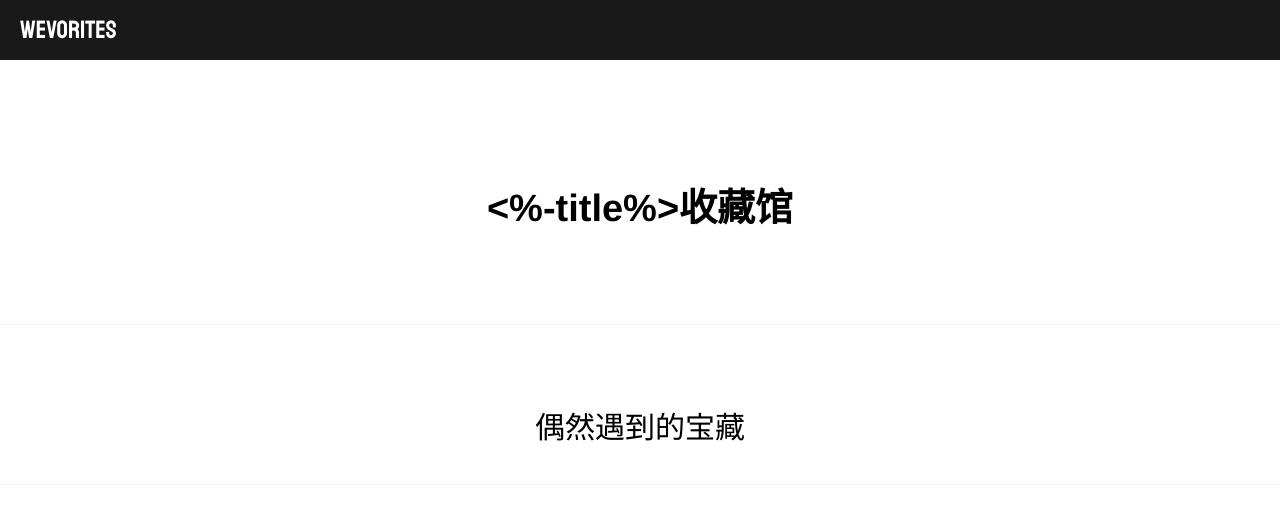
Repository: superhos/wevorites
Page: app/view/show.html
These files come from the project's save history. The page is drawn as it stood at one moment and after the next save; the edit follows.
The browser window is 1280 px wide. The pictures show the whole page.

Above is the page before, as saved 2019-01-03 16:18:05.

### app/view/show.html
<!DOCTYPE html>
<html lang="en">
<head>
    <meta charset="UTF-8">
    <meta name="viewport" content="width=device-width, initial-scale=1.0">
    <meta http-equiv="X-UA-Compatible" content="ie=edge">
    <title><%-title%></title>
    <link rel="stylesheet" href="/public/css/style.css">
    <link href="/public/css/font.css" rel="stylesheet">
</head>
<body>
    <!-- 使用模板数据 -->
    <div id="app">
        <header>
            <div class="logo">Wevorites</div>
        </header>
        <div class="title">
            <h1><%-title%>收藏馆</h1>
            <h4>偶然遇到的宝藏</h4>
        </div>
    </div>
    <script src="https://cdn.jsdelivr.net/npm/vue"></script>
    <script>
        var app = new Vue({
            el: '#app',
            data: {
                message: 'Hello Vue!'
            }
        })
    </script>
</body>
</html>

### app/public/css/style.css
html,body {
  margin:0;
  padding:0;
}

header {
  background: #191919;
  height: 60px;
  width: 100%;
  z-index: 5;
  padding:0 20px;
  box-sizing: border-box;
}

header .logo {
  float:left;
  color: #FFF;
  font-size: 25px;
  line-height: 60px;
  font-family: 'Staatliches', cursive;
}

.title h1 {
  align-items: center;
  background-color: #fff;
  border-bottom: 1px #f2f2f2 solid;
  box-sizing: border-box;
  color: #000;
  display: -ms-flexbox;
  display: flex;
  -ms-flex-wrap: wrap;
  flex-wrap: wrap;
  -ms-flex-pack: center;
  justify-content: center;
  position: relative;
  text-align: center;
  width: 100%;
  font-family: "acumin-pro","Helvetica Neue",Helvetica,Arial,sans-serif;
  height: 240px;
  font-size:38px;
}

.title h4 {
  font-weight: 100;
  font-size: 30px;
  align-items: center;
  background-color: #fff;
  border-bottom: 1px #f2f2f2 solid;
  box-sizing: border-box;
  color: #000;
  display: -ms-flexbox;
  display: flex;
  -ms-flex-wrap: wrap;
  flex-wrap: wrap;
  -ms-flex-pack: center;
  justify-content: center;
  position: relative;
  text-align: center;
  width: 100%;
  font-family: "acumin-pro","Helvetica Neue",Helvetica,Arial,sans-serif;
  height: 120px;
}

### app/public/css/font.css
@font-face {
  font-family: 'Staatliches';
  font-style: normal;
  font-weight: 400;
  src: local('Staatliches Regular'), local('Staatliches-Regular'), url(../font/HI_OiY8KO6hCsQSoAPmtMYebvpCfOMPT.woff2) format('woff2');
  unicode-range: U+0000-00FF, U+0131, U+0152-0153, U+02BB-02BC, U+02C6, U+02DA, U+02DC, U+2000-206F, U+2074, U+20AC, U+2122, U+2191, U+2193, U+2212, U+2215, U+FEFF, U+FFFD;
}

After the next save:
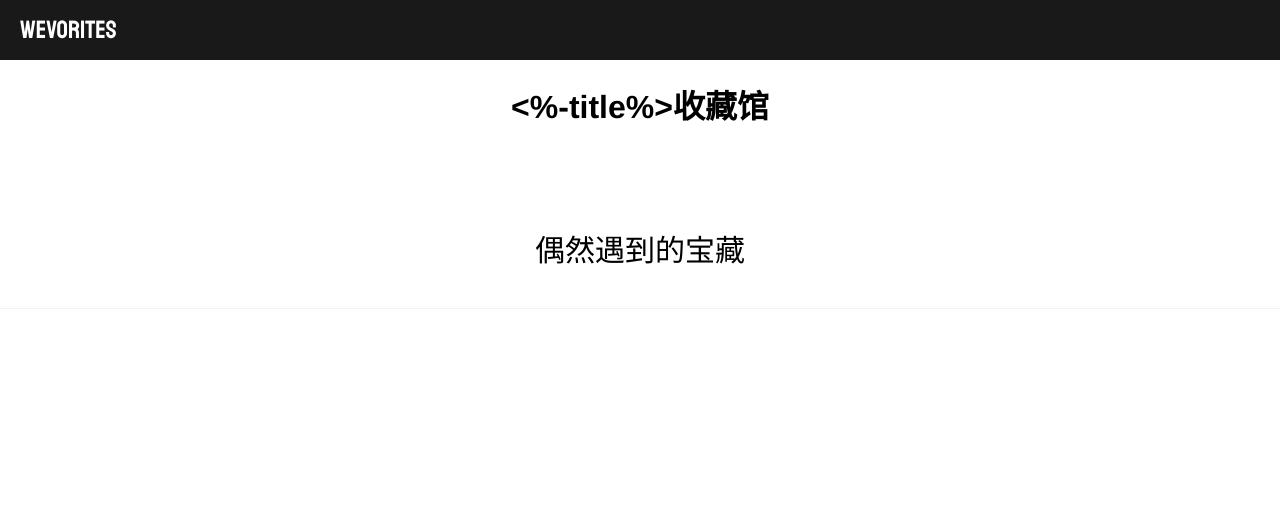
Saved 14 s later.
--- a/app/public/css/style.css
+++ b/app/public/css/style.css
@@ -20,7 +20,7 @@
   font-family: 'Staatliches', cursive;
 }
 
-.title h1 {
+.title {
   align-items: center;
   background-color: #fff;
   border-bottom: 1px #f2f2f2 solid;
@@ -37,7 +37,6 @@
   width: 100%;
   font-family: "acumin-pro","Helvetica Neue",Helvetica,Arial,sans-serif;
   height: 240px;
-  font-size:38px;
 }
 
 .title h4 {
